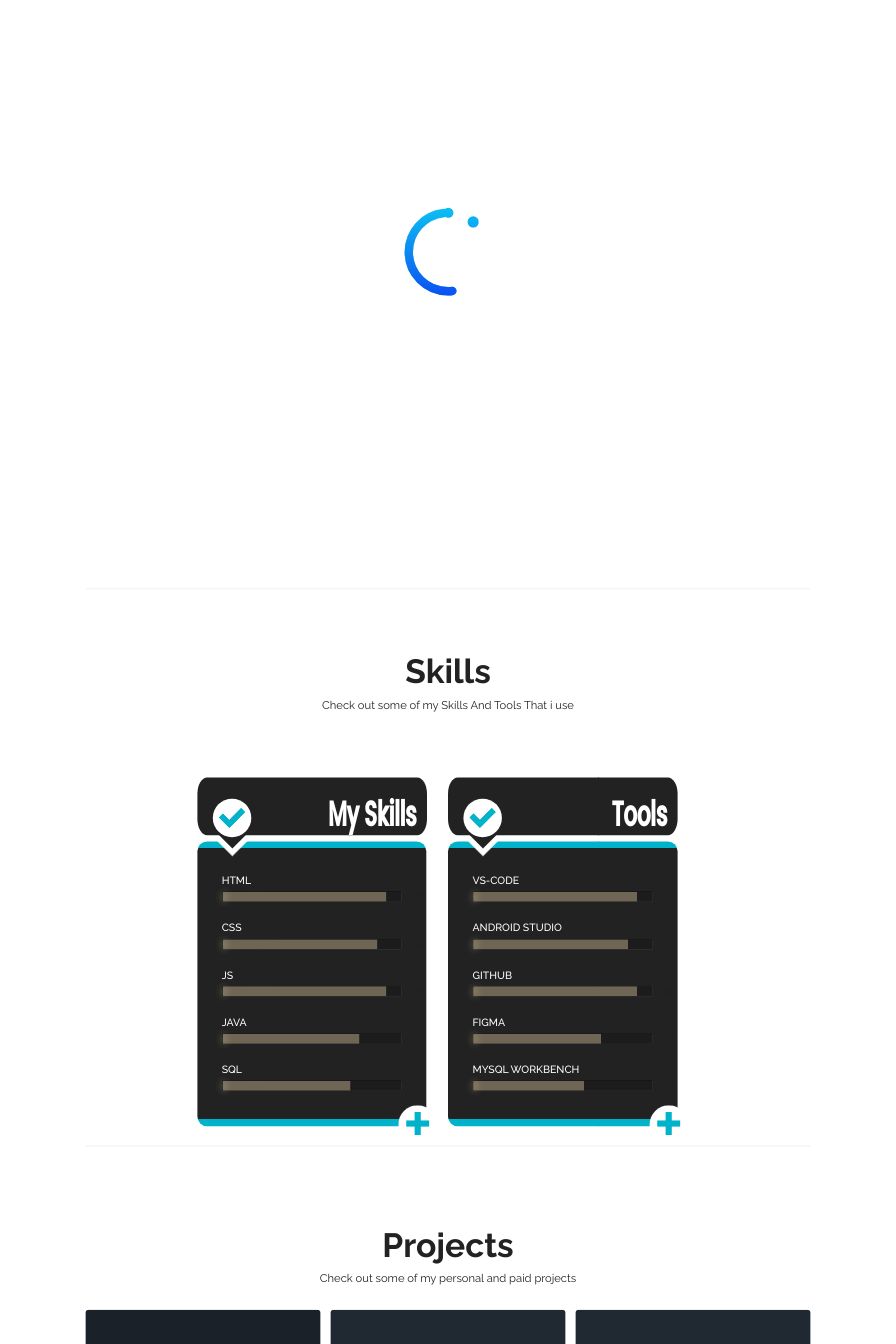
Repository: rahimmenadi/My-Website
Page: index.html
These files come from the project's save history. The page is drawn as it stood at one moment and after the next save; the edit follows.
The browser window is 1280 px wide. The pictures show the part of the page from y = 0 to 1920 px (the page is 2803 px tall), at 70% of full size.
The page's requests for data from a server got no answer.

Above is the page before, as saved 2023-06-24 01:42:44.

After the next save:
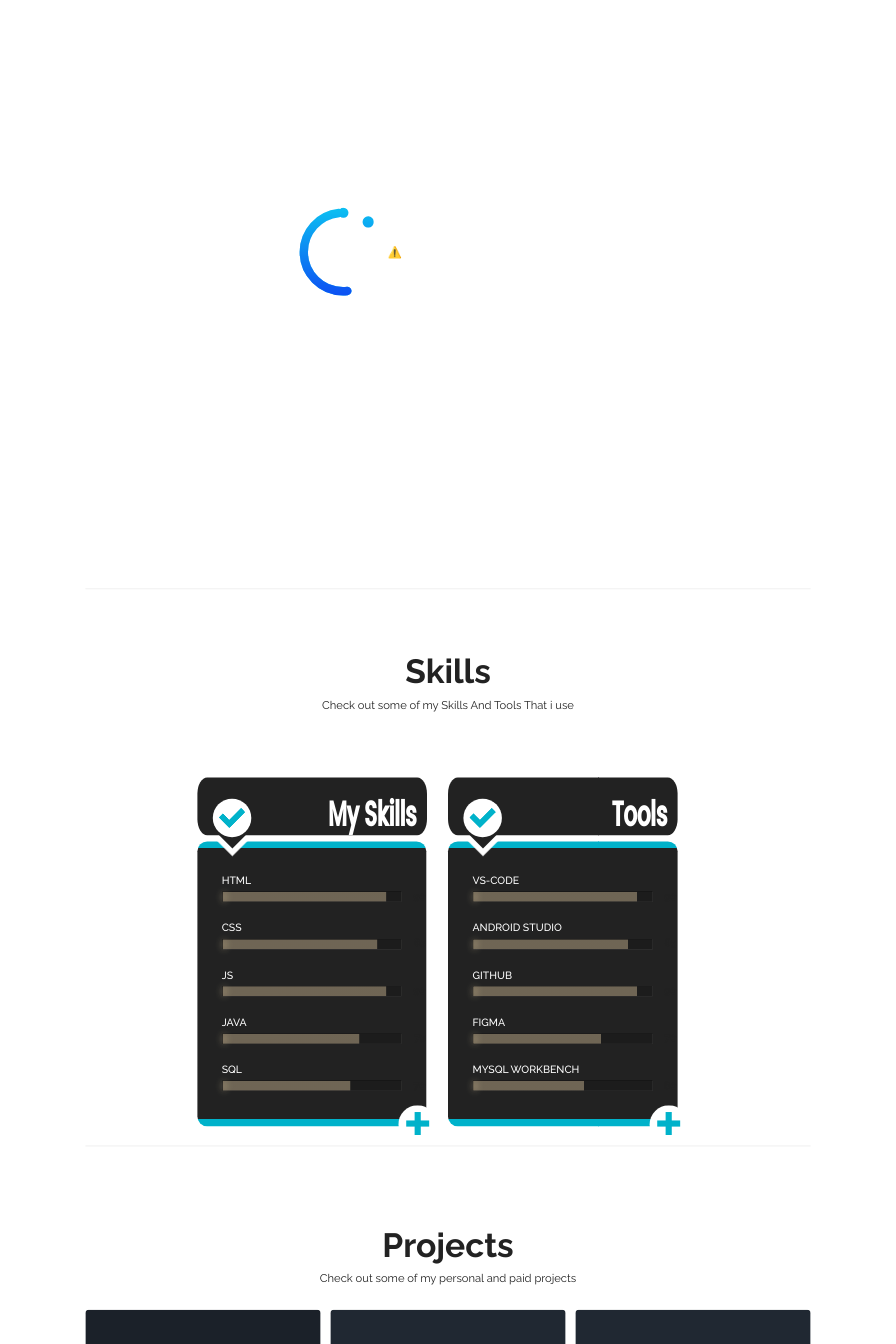
Saved 42 s later.
--- a/index.html
+++ b/index.html
@@ -82,6 +82,8 @@
         </g>
       </g>
     </svg>
+    <script src="https://unpkg.com/@lottiefiles/lottie-player@latest/dist/lottie-player.js"></script>
+<lottie-player src="https://assets10.lottiefiles.com/packages/lf20_5s1rumi5.json"  background="transparent"  speed="1"  style="width: 300px; height: 300px;"  loop  autoplay></lottie-player>
   </div>
     <header id="hero">
       <!-- Navbar -->
